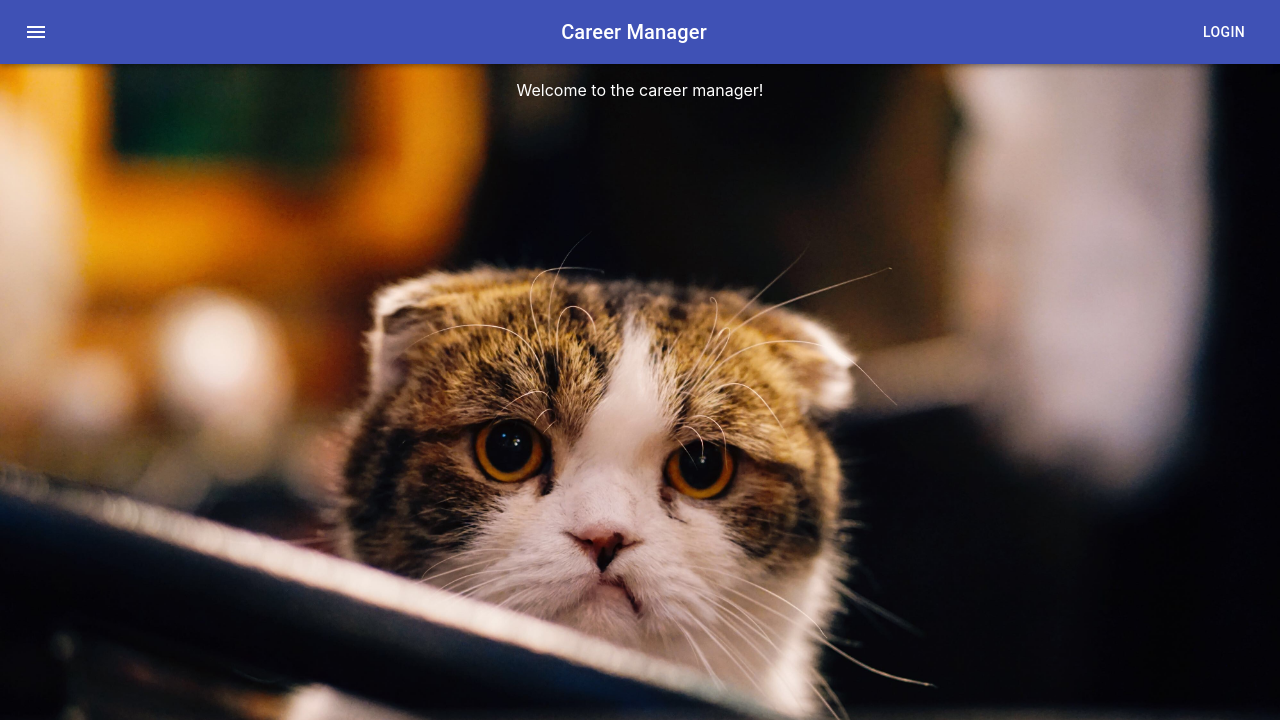
Repository: kinetic-coder/career-manager
Page: /
An editor plug-in stored every save of this project. The page is shown before and after the next save, followed by the edit.
The browser window is 1280 px wide. The pictures show the whole page.
The project was rebuilt for these pictures with package versions that can differ from the ones it lists, and the page was loaded fresh each time. Also part of the build but not shown: src/views/ErrorPage/ErrorPage.js.

Above is the page before, as saved 2020-10-08 11:16:16.

After the next save:
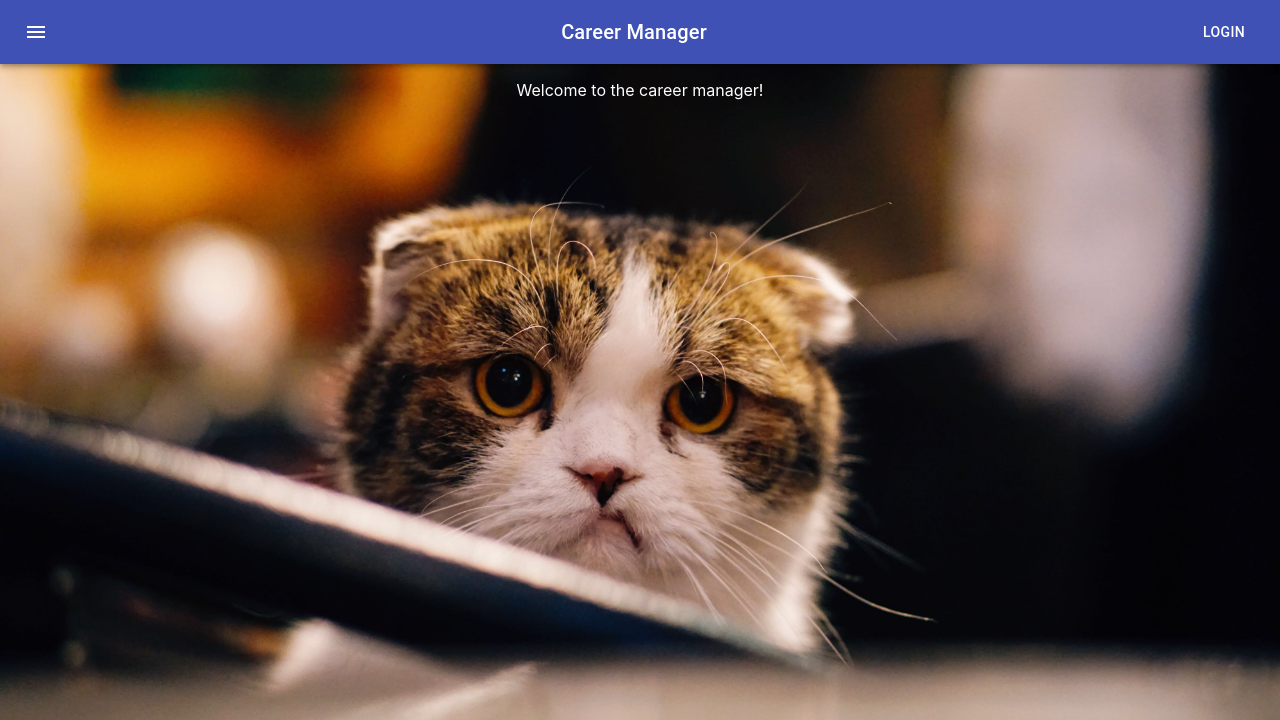
Saved 2 min 19 s later.
--- a/src/views/ErrorPage/ErrorPage.css
+++ b/src/views/ErrorPage/ErrorPage.css
@@ -16,4 +16,5 @@ html {
     background-image: url('./cat-error.jpg');
     min-height: 100%;
     background-size: cover;
+    background-position: center center;
 }
